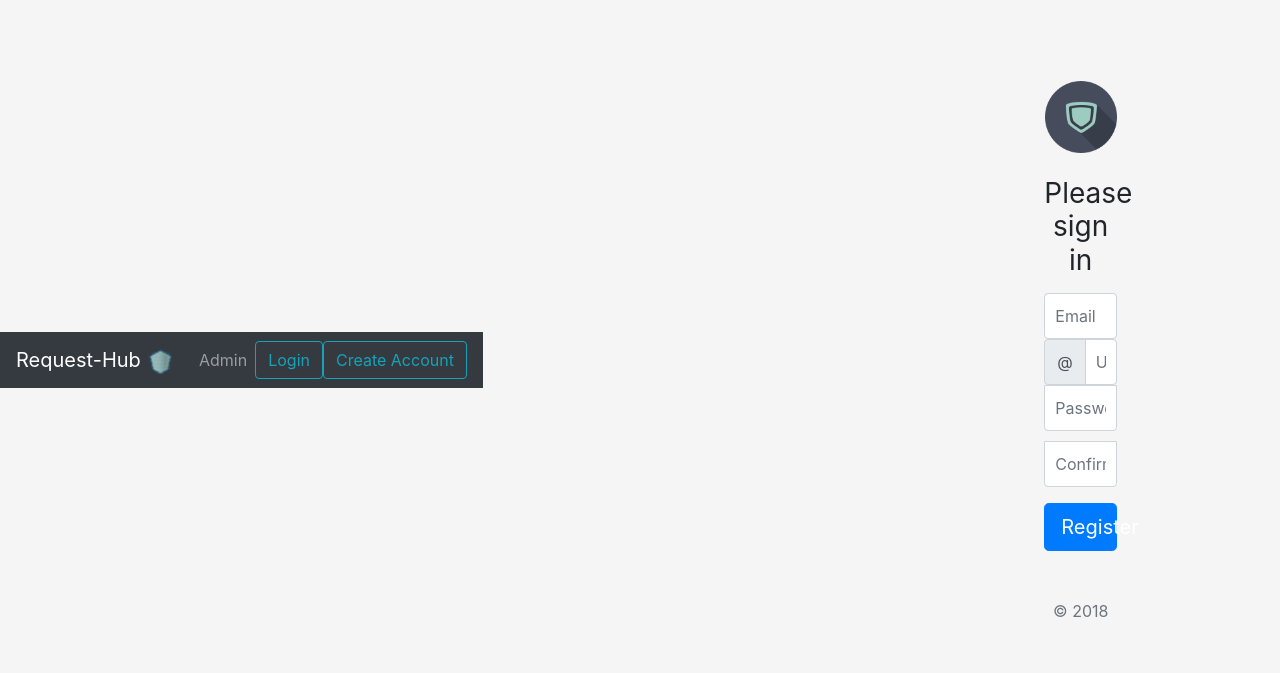
Repository: DonWhelan/Request-Hub
Page: http://localhost/userRegister.php
The author's editor kept a record of every edit. The page is drawn from the files as they stood at one moment, then again after the next edit.
The browser window is 1280 px wide. The pictures show the whole page.
The page is run by PHP 8.4 with error messages shown; the project is at /var/www/html/.

Above is the page before.

### userRegister.php
<!doctype html>
<html lang="en">

<head>
    <meta charset="utf-8">
    <meta name="viewport" content="width=device-width, initial-scale=1, shrink-to-fit=no">
    <meta name="description" content="">
    <meta name="author" content="">

    <title>Signin Template for Bootstrap</title>

    <!-- Bootstrap core CSS -->
    <link href="../style/bootstrap-4.0.0-dist/css/bootstrap.min.css" rel="stylesheet">

    <!-- Custom styles for this template -->
    <link href="signin.css" rel="stylesheet">
</head>

<body class="text-center">

    <?php
		include("includes/pageIncludes/TopNav.php");
	?>
    <div class="container">
        <div class="row">
            <div class="col-sm-12" style="height:130px">
            </div>
        </div>
    </div>

    <div class="container">
        <div class="row">
            <div class="col-sm-4">
            </div>
            <div class="col-sm-4">
                <form action="newUser.php" method="post" name="Login_Form" class="form-signin">
                    <img class="mb-4" src="assets/img/icons/services-1.png" alt="" width="72" height="72">
                    <h1 class="h3 mb-3 font-weight-normal">Please sign in</h1>
                    <label for="inputEmail" class="sr-only">Email address</label>
                    <input type="text" class="form-control" name="email" placeholder="Email" required="" />


      <div class="input-group">
        <div class="input-group-prepend">
          <span class="input-group-text" id="inputGroupPrepend">@</span>
        </div>
        <input type="text" class="form-control" id="validationCustomUsername" placeholder="Username" name="username" aria-describedby="inputGroupPrepend" required>

      </div>


                    <!--<input type="text" class="form-control" name="username" placeholder="Username" required="" autofocus="" />-->


                    <label for="inputPassword" class="sr-only">Password</label>
                    <input type="password" class="form-control" name="password" placeholder="Password" required="" />
                    <input type="password" class="form-control" name="passwordmatch" placeholder="Confirm Password" required="" />
                    <div class="checkbox mb-3">
                    </div>
                    <button class="btn btn-lg btn-primary btn-block" type="submit" value="Login">Register</button>
                    <p class="mt-5 mb-3 text-muted">&copy; 2018</p>
                </form>
            </div>
        </div>
    </div>

</body>

</html>

### includes/pageIncludes/TopNav.php
<!--navbar-->
    <nav class="navbar navbar-expand-lg navbar-dark bg-dark">
        <a class="navbar-brand" href="../index.php">Request-Hub <img src="../images/icon.png" alt="" style="height:25px"></a>
        <button class="navbar-toggler" type="button" data-toggle="collapse" data-target="#navbarTogglerDemo02" aria-controls="navbarTogglerDemo02" aria-expanded="false" aria-label="Toggle navigation">
            <span class="navbar-toggler-icon"></span>
        </button>
        <div class="collapse navbar-collapse" id="navbarTogglerDemo02">
            <ul class="navbar-nav mr-auto mt-2 mt-lg-0">
                <li class="nav-item">
                    <a class="nav-link" href="#">Admin</a>
                </li>
            </ul>
                <?php if(!isset($_SESSION['user'])){?>
                <a href="../view/userLogin.php"><button class="btn btn-outline-info my-sm-0" type="submit">Login</button></a>
                <a href="../view/userRegister.php"><button class="btn btn-outline-info my-sm-0" type="submit">Create Account</button></a>
                <?php }else{ ?>
                <a href="../controler/logout.php"><button class="btn btn-outline-info my-sm-0" type="submit">Log out</button></a>
                <?php } ?>
        </div>
    </nav>

### assets/css/signIn.css
html,
body {
  height: 100%;
}

body {
  display: -ms-flexbox;
  display: -webkit-box;
  display: flex;
  -ms-flex-align: center;
  -ms-flex-pack: center;
  -webkit-box-align: center;
  align-items: center;
  -webkit-box-pack: center;
  justify-content: center;
  padding-top: 40px;
  padding-bottom: 40px;
  background-color: #f5f5f5;
}

.form-signin {
  width: 100%;
  max-width: 330px;
  padding: 15px;
  margin: 0 auto;
}
.form-signin .checkbox {
  font-weight: 400;
}
.form-signin .form-control {
  position: relative;
  box-sizing: border-box;
  height: auto;
  padding: 10px;
  font-size: 16px;
}
.form-signin .form-control:focus {
  z-index: 2;
}
.form-signin input[type="email"] {
  margin-bottom: -1px;
  border-bottom-right-radius: 0;
  border-bottom-left-radius: 0;
}
.form-signin input[type="password"] {
  margin-bottom: 10px;
  border-top-left-radius: 0;
  border-top-right-radius: 0;
}

Loaded but not shown: style/bootstrap-4.0.0-dist/css/bootstrap.min.css (library)

After the next edit:
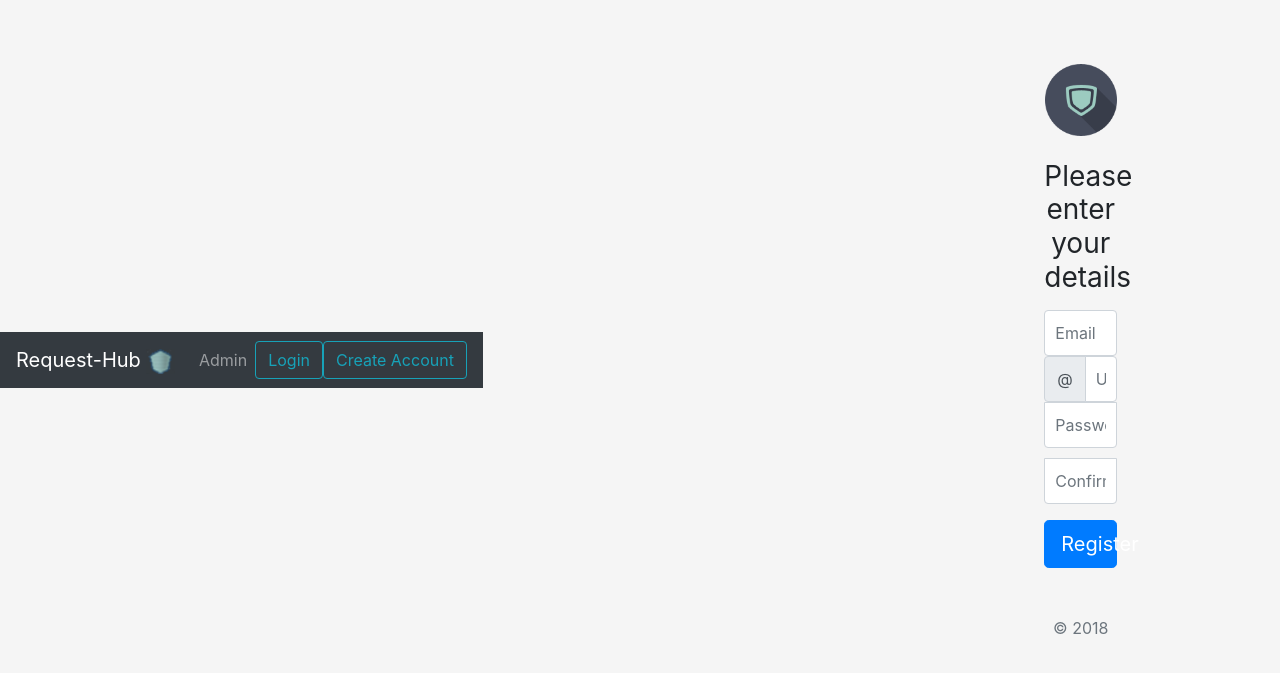
The edit:
--- a/userRegister.php
+++ b/userRegister.php
@@ -21,48 +21,41 @@
     <?php
 		include("includes/pageIncludes/TopNav.php");
 	?>
-    <div class="container">
-        <div class="row">
-            <div class="col-sm-12" style="height:130px">
+        <div class="container">
+            <div class="row">
+                <div class="col-sm-12" style="height:130px">
+                </div>
             </div>
         </div>
-    </div>
 
-    <div class="container">
-        <div class="row">
-            <div class="col-sm-4">
-            </div>
-            <div class="col-sm-4">
-                <form action="newUser.php" method="post" name="Login_Form" class="form-signin">
-                    <img class="mb-4" src="assets/img/icons/services-1.png" alt="" width="72" height="72">
-                    <h1 class="h3 mb-3 font-weight-normal">Please sign in</h1>
-                    <label for="inputEmail" class="sr-only">Email address</label>
-                    <input type="text" class="form-control" name="email" placeholder="Email" required="" />
+        <div class="container">
+            <div class="row">
+                <div class="col-sm-4">
+                </div>
+                <div class="col-sm-4">
+                    <form action="newUser.php" method="post" name="Login_Form" class="form-signin">
+                        <img class="mb-4" src="assets/img/icons/services-1.png" alt="" width="72" height="72">
+                        <h1 class="h3 mb-3 font-weight-normal">Please enter your details</h1>
+                        <label for="inputEmail" class="sr-only">Email address</label>
+                        <input type="text" class="form-control" name="email" placeholder="Email" required="" />
 
-
-      <div class="input-group">
-        <div class="input-group-prepend">
-          <span class="input-group-text" id="inputGroupPrepend">@</span>
-        </div>
-        <input type="text" class="form-control" id="validationCustomUsername" placeholder="Username" name="username" aria-describedby="inputGroupPrepend" required>
-
-      </div>
-
-
-                    <!--<input type="text" class="form-control" name="username" placeholder="Username" required="" autofocus="" />-->
-
-
-                    <label for="inputPassword" class="sr-only">Password</label>
-                    <input type="password" class="form-control" name="password" placeholder="Password" required="" />
-                    <input type="password" class="form-control" name="passwordmatch" placeholder="Confirm Password" required="" />
-                    <div class="checkbox mb-3">
-                    </div>
-                    <button class="btn btn-lg btn-primary btn-block" type="submit" value="Login">Register</button>
-                    <p class="mt-5 mb-3 text-muted">&copy; 2018</p>
-                </form>
+                        <div class="input-group">
+                            <div class="input-group-prepend">
+                                <span class="input-group-text" id="inputGroupPrepend">@</span>
+                            </div>
+                            <input type="text" class="form-control" id="validationCustomUsername" placeholder="Username" name="username" aria-describedby="inputGroupPrepend" required>
+                        </div>
+                        <label for="inputPassword" class="sr-only">Password</label>
+                        <input type="password" class="form-control" name="password" placeholder="Password" required="" />
+                        <input type="password" class="form-control" name="passwordmatch" placeholder="Confirm Password" required="" />
+                        <div class="checkbox mb-3">
+                        </div>
+                        <button class="btn btn-lg btn-primary btn-block" type="submit" value="Login">Register</button>
+                        <p class="mt-5 mb-3 text-muted">&copy; 2018</p>
+                    </form>
+                </div>
             </div>
         </div>
-    </div>
 
 </body>
 
